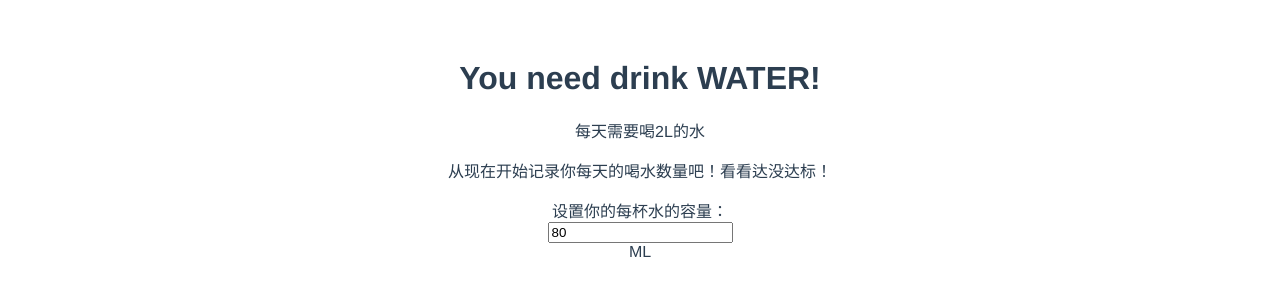
Repository: xuehebinglan/apps.xuehebinglan.com
Page: /drink-water
An editor plug-in stored every save of this project. The page is shown before and after a run of saves, followed by the edit.
The browser window is 1280 px wide. The pictures show the whole page.
The project was rebuilt for these pictures with package versions that can differ from the ones it lists, and the page was loaded fresh each time. Also part of the build but not shown: src/components/HomePage.vue.

Above is the page before, as saved 2018-06-20 16:14:41.

After the next 3 saves:
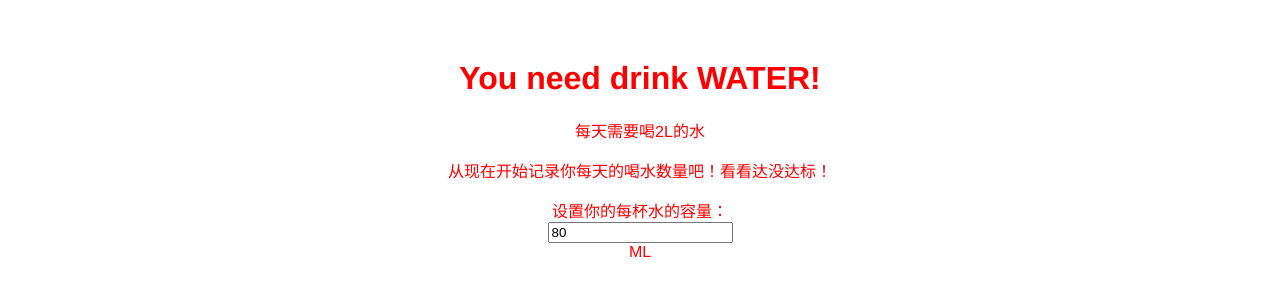
The 3 saves are shown as one change because 2 did not build or start.
The last was saved 92 s later.
--- a/src/components/DrinkWater.vue
+++ b/src/components/DrinkWater.vue
@@ -26,6 +26,7 @@ export default {
 </script>
 
 <!-- Add "scoped" attribute to limit CSS to this component only -->
-<style scoped>
-
+<style scoped lang="stylus">
+.drink-water-container
+  color red
 </style>
